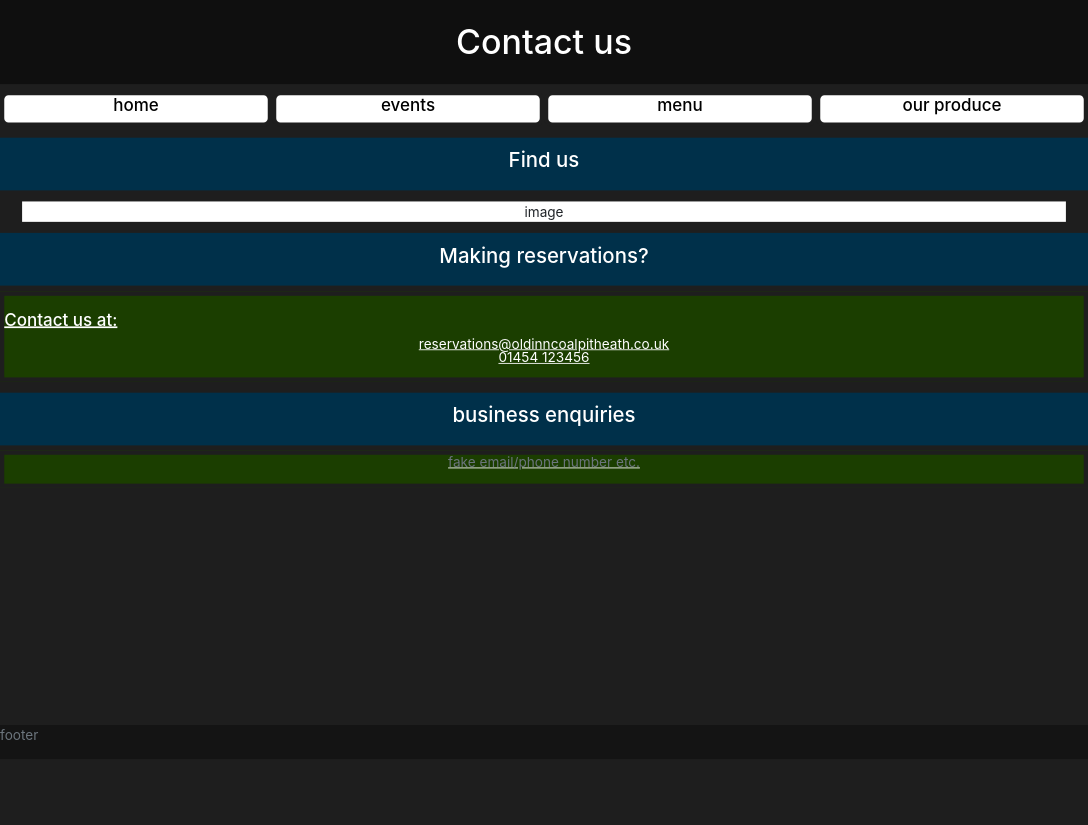
Repository: Code-Institute-Submissions/JamesLStudent-Milestone_One
Page: contacts.html
The author's editor kept a record of every edit. The page is drawn from the files as they stood at one moment, then again after the next edit.
The browser window is 1280 px wide. The pictures show the whole page, at 85% of full size.

Above is the page before.
Console error: TypeError: Cannot read properties of undefined (reading 'fn')

### contacts.html
<!DOCTYPE html>
<html lang="en">

<head>
    <meta charset="UTF-8">
    <meta name="viewport" content="width=device-width, initial-scale=1.0">
    <meta http-equiv="X-UA-Compatible" content="ie=edge">
    <title>Old Inn - Contact details</title>
    <link href="Assets/main.css" rel="stylesheet" type="text/css" />
    <link rel="stylesheet" href="https://stackpath.bootstrapcdn.com/bootstrap/4.3.1/css/bootstrap.min.css" integrity="sha384-ggOyR0iXCbMQv3Xipma34MD+dH/1fQ784/j6cY/iJTQUOhcWr7x9JvoRxT2MZw1T" crossorigin="anonymous">
    <script src="https://stackpath.bootstrapcdn.com/bootstrap/4.3.1/js/bootstrap.min.js" integrity="sha384-JjSmVgyd0p3pXB1rRibZUAYoIIy6OrQ6VrjIEaFf/nJGzIxFDsf4x0xIM+B07jRM" crossorigin="anonymous"></script>
</head>

<body class="bg">
    <div class="h1-box">
        <h1>Contact us</h1>
    </div>
    <a href="index.html">
        <div class="col-6 col-md-12 col-lg-3 navigation-item black-text">
            <h5>home</h5>
        </div>
    </a>
    <a href="events.html">
        <div class="col-6 col-md-12 col-lg-3 navigation-item black-text">
            <h5>events</h5>
        </div>
    </a>
    <a href="menu.html">
        <div class="col-12 col-md-12 col-lg-3 navigation-item black-text">
            <h5>menu</h5>
        </div>
    </a>
    <a href="produce.html">
        <div class="col-12 col-md-12 col-lg-3 navigation-item black-text">
            <h5>our produce</h5>
        </div>
    </a>
    <div class="centerer">
        <div class="subtitle">
            <h4>Find us</h4>
        </div>
        <div class="image spacer">image</div>
        <div class="subtitle">
            <h4>Making reservations?</h4>
        </div>
        <div class="sub-box">
            <p class="text-muted">
                <h5 class="left-align">Contact us at:</h5>
                reservations@oldinncoalpitheath.co.uk</br>
                01454 123456
            </p>
        </div>
        <div class="subtitle">
            <h4>business enquiries</h4>
        </div>
        <div class="sub-box">
            <p class="text-muted">fake email/phone number etc.</p>
        </div>
    </div>
    <footer>
        <div class="footer">
            <p class="text-muted">footer</p>
        </div>
    </footer>
</body>

</html>

### Assets/main.css
/*----------------- STYLES APPEARING ON MULTIPLE PAGES -----------------*/

.bg {
    position: absolute;
    top: 0;
    left: 0;
    bottom: 0;
    right: 0;
    display: block;
    background-color: #1e1e1e;
}

h1 {
    text-align: center;
    min-height: 40px;
    height: auto;
    padding: 2% 0 2% 0;
    color: #FFFFFF;
    background: rgba(0, 0, 0, 0.5);
}

.subtitle {
    text-align: center;
    padding: 3% 0 3% 0;
    margin: 5% 0 0 0;
    display: inline-block;
    width: 100%;
    min-height: 15px;
    height: auto;
    background-color: #00304A;
    color: #FFFFFF;
}

.sub-box {
    background-color: #1B3E00;
    height: auto;
    border: 5px solid #1e1e1e;
    line-height: 100%;
    margin-top: 3%;
    min-height: 6%;
    height: auto;
    color: #FFFFFF;
    text-decoration: underline;
}

.black-text {
    color: black;
}

.white-text {
    color: #FFFFFF;
}

footer {
    min-height: 20%;
    height: auto;
    display: block;
    bottom: 0;
    position: relative;
}

.footer {
    display: inline-block;
    margin-top: 5%;
    width: 100%;
    min-height: 100%;
    height: auto;
    background-color: #141414;
}

.centerer {
    height: 100%;
    text-align: center;
}

.left {
    float: left;
}

.right {
    float: right;
}

.clear {
    padding: 0;
    margin: 0;
}

.footer-div {
    padding: 2%;
}

.left-align {
    text-align: left;
}

.inline {
    display: inline-block;
}

.no-deco {
    text-decoration: none;
}

/*----------------- MAIN NAV ITEM -----------------*/

.navigation-item {
    background-color: #FFFFFF;
    float: left;
    text-align: center;
    border-radius: 10px;
    border: 5px solid #1e1e1e;
}

/*----------------- HOMEPAGE STYLE -----------------*/

.history {
    margin: 5% 2% 0 2%;
    display: inline-block;
    text-align: center;
    width: 96%;
    min-height: 50%;
    height: auto;
    background-color: #4A0030;
    padding: 0 2% 0 2%;
}

.alt-link {
    margin: 1% 2% 0% 2%;
    display: inline-block;
    text-align: center;
    width: 96%;
    min-height: 5%;
    height: auto;
    background-color: #2D2D2D;
    color: #FFFFFF;
}

.index-h1-background {
    background-image: url("./images/index-h1.jpg");
    background-position: center;
    background-repeat: no-repeat;
    background-size: cover;
    min-height: auto;
}

.history-img-one {
    background-image: url("./images/history-1.jpg");
    background-position: center;
    background-repeat: no-repeat;
    background-size: cover;
    height: 200px;
    width: 250px;
}

.history-img-two {
    background-image: url("./images/history-2.jpg");
    background-position: center;
    background-repeat: no-repeat;
    background-size: cover;
    height: 200px;
    width: 250px;
}

/*----------------- MENU STYLE -----------------*/

.small-link {
    line-height: 100%;
    display: inline-block;
    text-align: center;
    height: auto;
    background-color: #4A0030;
    border-radius: 10px;
    border: 5px solid #1e1e1e;
    color: #FFFFFF;
}

.small-link:hover {
    text-decoration: none;
    color: #FFFFFF;
    background-color: #320121;
}

.food {
    width: 30%;
    float: left;
    padding: 0;
}

.food-desc {
    width: 50%;
    float: left;
    border-left: 1px solid white;
    border-right: 1px solid white;
}

.food-cost {
    width: 20%;
    float: left;
}

.vert-align {
    position: relative;
    top: 50%;
    transform: translateY(-50%);
}

.menu-h1-background {
    background-image: url("./images/menu-h1.jpg");
    background-position: center;
    background-repeat: no-repeat;
    background-size: cover;
    min-height: auto;
}

/*----------------- EVENTS STYLE -----------------*/

.img-text {
    background-color: #304A00;
    height: auto;
    border-bottom: 5px solid #1e1e1e;
    border-right: 5px solid #1e1e1e;
    border-left: 5px solid #1e1e1e;
    line-height: 100%;
}

.image {
    height: auto;
    width: 96%;
    margin: 2% 2% 0 2%;
    background-color: #FFFFFF;
    overflow: hidden;
}

.spacer {
    margin-top: 5%;
}

.events-h1-background {
    background-image: url("./images/events-h1.jpg");
    background-position: center;
    background-repeat: no-repeat;
    background-size: cover;
    min-height: auto;
}

.moth-day {
    background-image: url("./images/moth-day.jpg");
}

.fath-day {
    background-image: url("./images/fath-day.jpg");
}

.christmas {
    background-image: url("./images/christmas.png");
}

.easter {
    background-image: url("./images/easter.jpg");
}

.events-img {
    background-position: center;
    background-repeat: no-repeat;
    background-size: cover;
    height: 150px;
    width: 290px;
}

/*----------------- PRODUCE STYLE -----------------*/

.produce {
    padding: 0 3% 0 3%;
}

.produce-h1-background {
    background-image: url("./images/produce-h1.jpg");
    background-position: center;
    background-repeat: no-repeat;
    background-size: cover;
    min-height: auto;
}

/*----------------- PRODUCE STYLE -----------------*/

.contacts-h1-background {
    background-image: url("./images/contacts-h1.jpg");
    background-position: center;
    background-repeat: no-repeat;
    background-size: cover;
    min-height: auto;
}

/*----------------- TABLET MEDIA QUERIES -----------------*/

@media (min-width: 768px) {
    .footer {
        margin-top: 3%;
    }
    .history {
        margin-top: 3%;
    }
    .alt-link {
        margin-top: 1%;
    }
    .subtitle {
        margin-top: 2.5%;
        padding: 1% 0 1% 0;
    }
    .spacer {
        margin-top: 3%;
    }
    .sub-box {
        margin-top: 2%;
    }
    .history-img-one {
        height: 400px;
        width: 450px;
    }
    .history-img-two {
        height: 500px;
        width: 550px;
    }
    .events-img {
        height: 190px;
        width: 730px;
    }
}

/*----------------- DESKTOP MEDIA QUERIES -----------------*/

@media (min-width: 992px) {
    .footer {
        margin-top: 2%;
    }
    .history {
        margin-top: 1%;
    }
    .alt-link {
        margin-top: 0.5%;
    }
    .subtitle {
        margin-top: 1%;
    }
    .spacer {
        margin-top: 1%;
    }
    .sub-box {
        margin-top: 0.5%;
    }
    .history-img-one {
        margin: 2% 2% 2% 2%;
        float: left;
    }
    .history-img-two {
        margin: 2% 2% 2% 2%;
        float: right;

    }
    .events-img {
        height: 230px;
        width: 1220px;
    }
}

After the next edit:
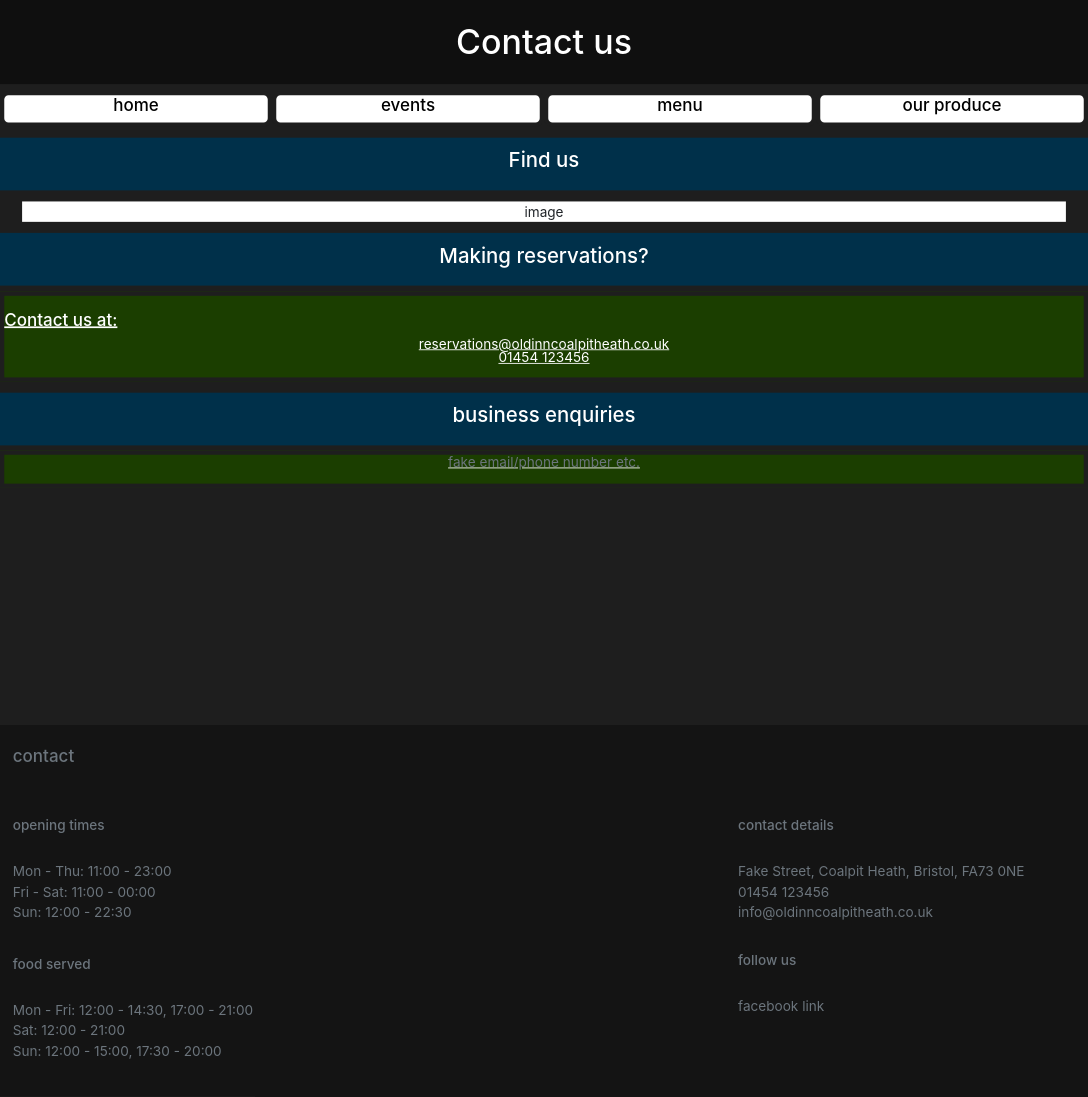
The edit:
--- a/contacts.html
+++ b/contacts.html
@@ -58,9 +58,36 @@
         </div>
     </div>
     <footer>
-        <div class="footer">
-            <p class="text-muted">footer</p>
-        </div>
+        <div class="footer inline">
+                <div class="col-12 footer-div text-muted">
+                    <h5>contact</h5>
+                </div>
+                <div class="col-12 col-md-6 col-lg-8 left footer-div text-muted left-align">
+                    <h6>opening times</h6>
+                    <p class="left-align">
+                        </br>
+                        Mon - Thu: 11:00 - 23:00</br>
+                        Fri - Sat: 11:00 - 00:00</br>
+                        Sun: 12:00 - 22:30</br>
+                        </br>
+                    </p>
+                    <h6>food served</h6>
+                    <p class="left-align">
+                        </br>
+                        Mon - Fri: 12:00 - 14:30, 17:00 - 21:00</br>
+                        Sat: 12:00 - 21:00</br>
+                        Sun: 12:00 - 15:00, 17:30 - 20:00</p>
+                </div>
+                <div class="col-12 col-md-6 col-lg-4 left footer-div text-muted left-align">
+                    <h6>contact details</h6>
+                    <p class="left-align">
+                        </br>Fake Street, Coalpit Heath, Bristol, FA73 0NE</br>01454 123456</br>
+                        info@oldinncoalpitheath.co.uk</p>
+                    <h6></br>follow us</h6>
+                    <p></br>facebook link</p>
+                </div>
+            </div>
+    </div>
     </footer>
 </body>
 
